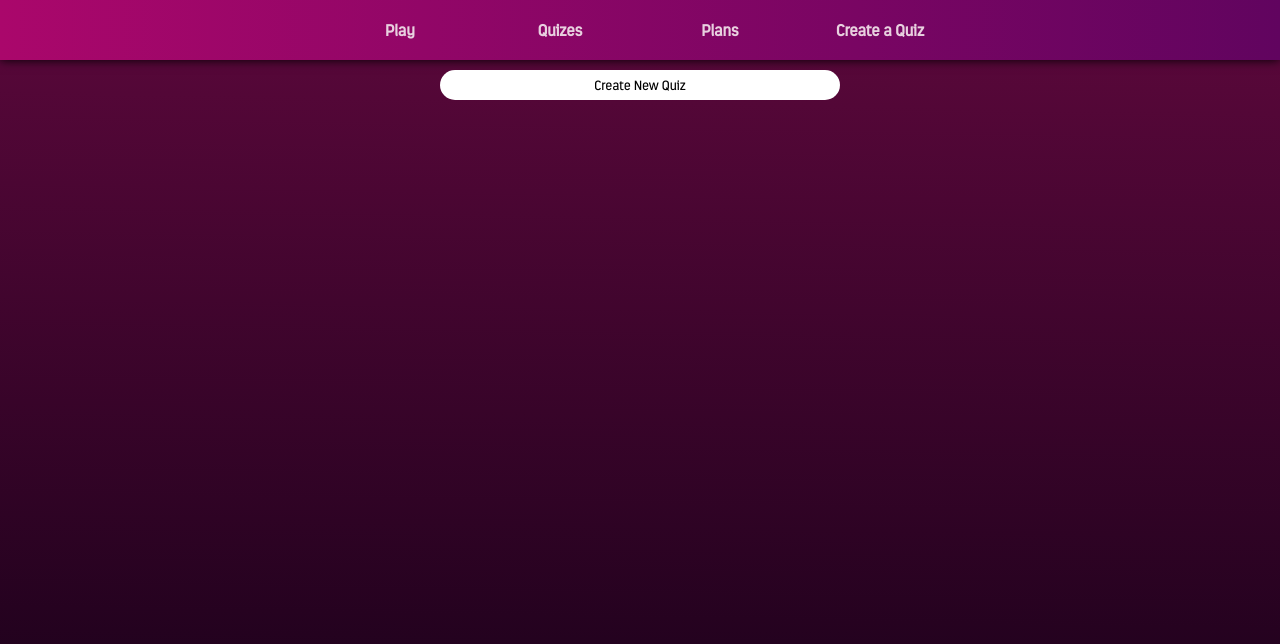
Repository: YoanDimitrov97/quiz-project
Page: /my_quiz (app in quiz_frontend/)
These files come from the project's save history. The page is drawn as it stood at one moment and after the next save; the edit follows.
The browser window is 1280 px wide. The pictures show the whole page.
The page's requests for data from a server got no answer. The project was rebuilt for these pictures with package versions that can differ from the ones it lists, and the page was loaded fresh each time. No one was signed in, and anything a server would have sent is missing. Also part of the build but not shown: quiz_frontend/src/components/Index/Login.vue, quiz_frontend/src/components/Index/ProfileNav.vue, quiz_frontend/src/components/CreateQuiz/NewQuizQuestion.vue, quiz_frontend/src/components/CreateQuiz.vue, quiz_frontend/src/components/Index/QuizBox.vue, quiz_frontend/src/components/Index/EnterCode.vue, quiz_frontend/src/components/Index.vue, quiz_frontend/src/components/MyQuiz/MyQuizBox.vue.

Above is the page before, as saved 2020-01-16 15:35:37.

After the next save:
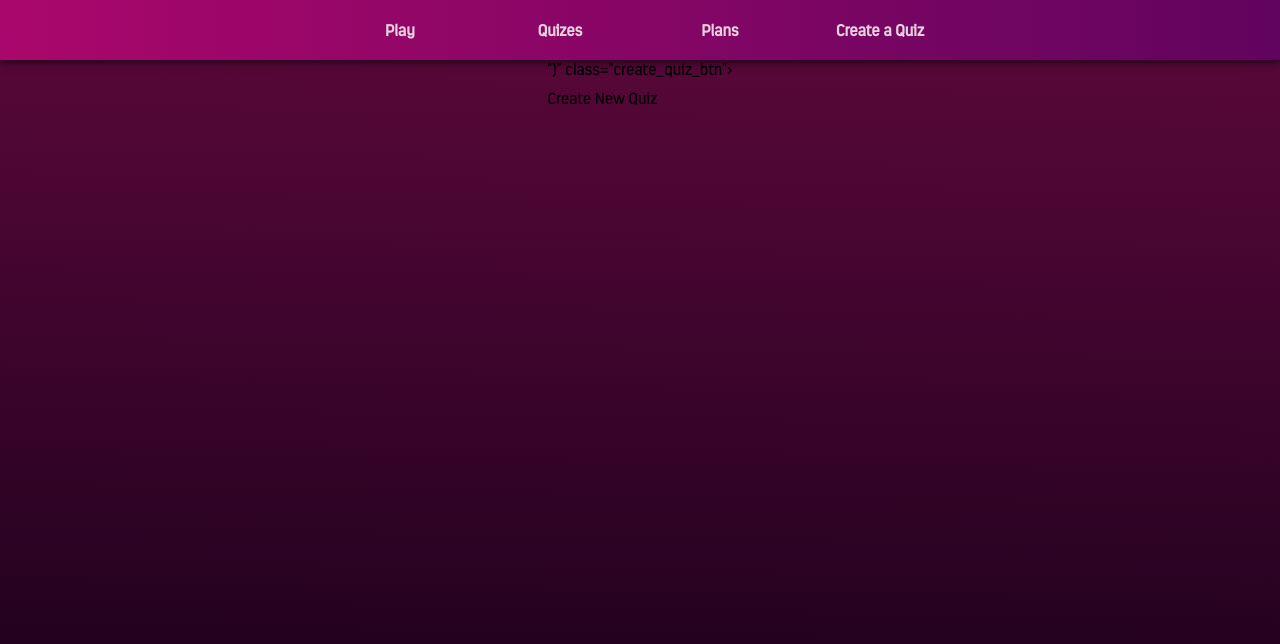
Saved 4 min 24 s later.
--- a/quiz_frontend/src/components/MyQuiz.vue
+++ b/quiz_frontend/src/components/MyQuiz.vue
@@ -2,7 +2,7 @@
     <div class="myQuiz_wrapper">
         <Nav />
         <div class="myQuiz_holder">
-            <button class="create_quiz_btn"><p>Create New Quiz</p></button>
+            <button v-on:click="this.$router.push("create_quiz")" class="create_quiz_btn"><p>Create New Quiz</p></button>
             <MyQuizBox :data=quiz v-for="quiz in quizes" v-bind:key=quiz />
         </div>
     </div>

After the save that followed:
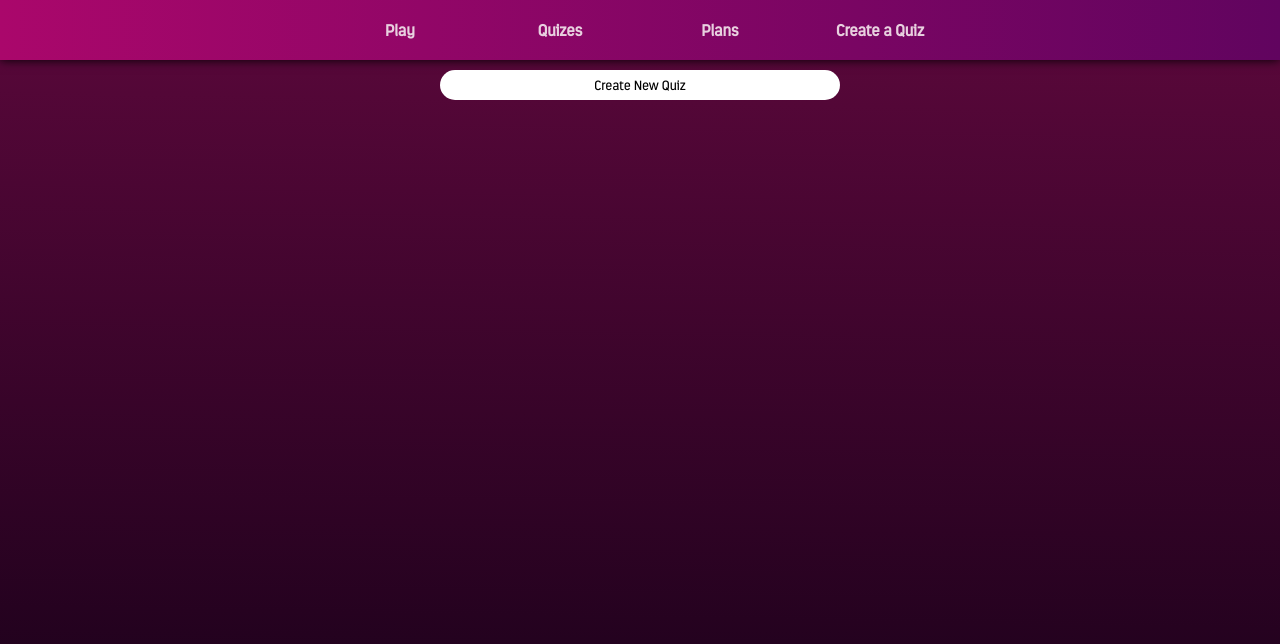
Saved 26 s later.
--- a/quiz_frontend/src/components/MyQuiz.vue
+++ b/quiz_frontend/src/components/MyQuiz.vue
@@ -2,7 +2,7 @@
     <div class="myQuiz_wrapper">
         <Nav />
         <div class="myQuiz_holder">
-            <button v-on:click="this.$router.push("create_quiz")" class="create_quiz_btn"><p>Create New Quiz</p></button>
+            <button v-on:click="this.$router.push({name: 'create_quiz'})" class="create_quiz_btn"><p>Create New Quiz</p></button>
             <MyQuizBox :data=quiz v-for="quiz in quizes" v-bind:key=quiz />
         </div>
     </div>
